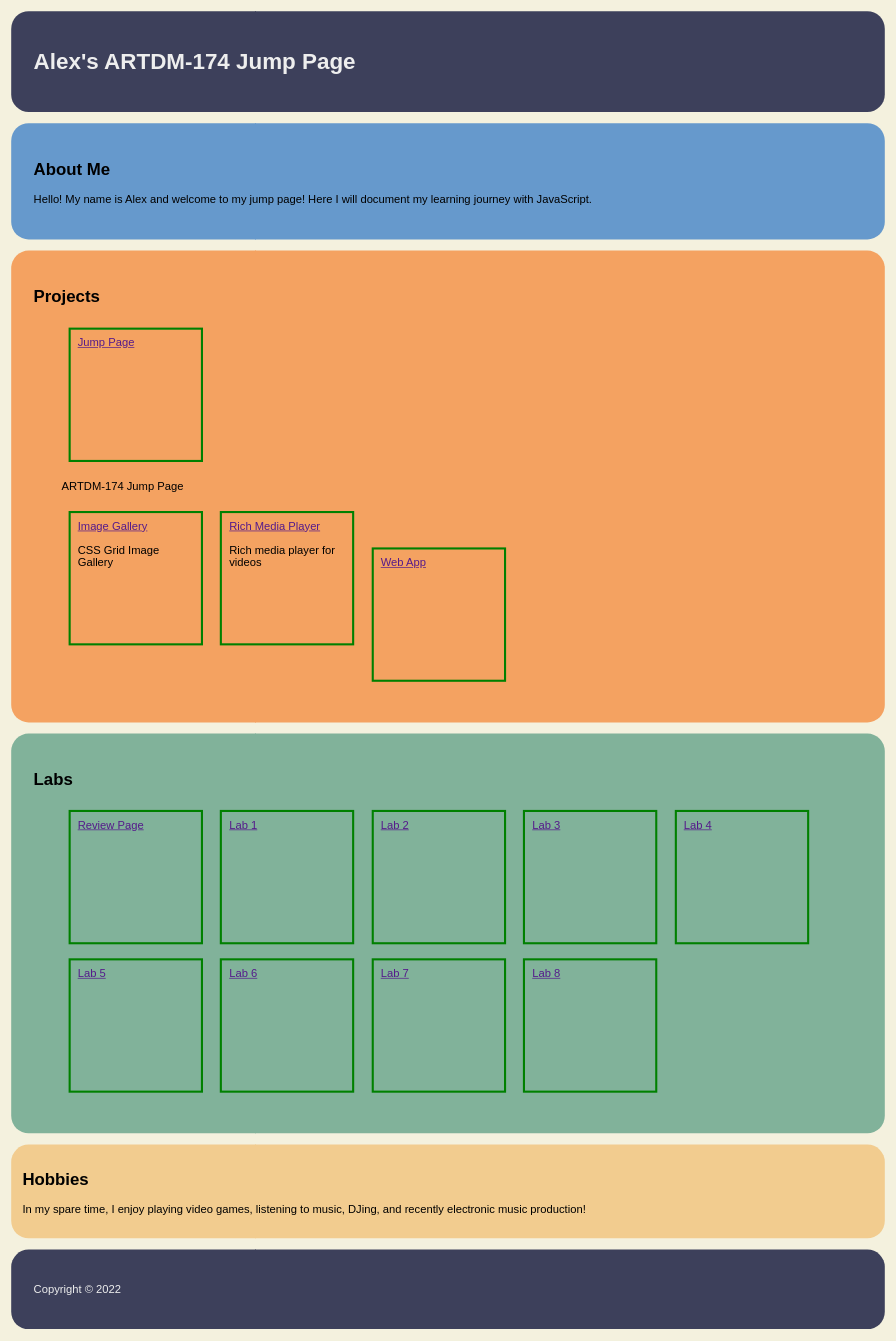
Repository: alexmaddux99/ARTDM-174
Page: Jump Page/index.html
An editor plug-in stored every save of this project. The page is shown before and after the next save, followed by the edit.
The browser window is 1280 px wide. The pictures show the whole page, at 70% of full size.
Some web fonts or font styles are not loaded; a fallback is used.

Above is the page before, as saved 2022-02-10 13:35:00.

### Jump Page/index.html
<!DOCTYPE html>
<html lang="en">
<head>
    <meta charset="UTF-8">
    <meta http-equiv="X-UA-Compatible" content="IE=edge">
    <meta name="viewport" content="width=device-width, initial-scale=1.0">
    <link rel="stylesheet" href="css/main.css">
    <link rel="preconnect" href="https://fonts.gstatic.com" crossorigin>
<link href="https://fonts.googleapis.com/css2?family=Roboto&display=swap" rel="stylesheet">
<link rel="preconnect" href="https://fonts.googleapis.com">
<link rel="preconnect" href="https://fonts.gstatic.com" crossorigin>
<link href="https://fonts.googleapis.com/css2?family=Zen+Old+Mincho:wght@900&display=swap" rel="stylesheet">
    <title>ARTDM-174 Jump Page</title>
</head>
<body>
    <header>
        <h1>Alex's ARTDM-174 Jump Page</h1>
    </header>

    <main>
        <section class="intro">
            <h2>About Me</h2>
            <p>Hello! My name is Alex and welcome to my jump page! Here I will document my learning journey with JavaScript.</p>
        </section>

        <section class="projects">
            <h2>Projects</h2>
            <ul>
                <li><a href="">Jump Page</a></li>
                <p>ARTDM-174 Jump Page</p>
                <li><a href="">Image Gallery</a>
                <p>CSS Grid Image Gallery</p></li>
                <li><a href="">Rich Media Player</a>
                <p>Rich media player for videos</p></li>
                <li><a href="">Web App</a></li>
            </ul>
        </section>

        <section class="labs">
            <h2>Labs</h2>
           <ul>
               <li><a href="">Review Page</a></li>
               <li><a href="">Lab 1</a></li>
               <li><a href="">Lab 2</a></li>
               <li><a href="">Lab 3</a></li>
               <li><a href="">Lab 4</a></li>
               <li><a href="">Lab 5</a></li>
               <li><a href="">Lab 6</a></li>
               <li><a href="">Lab 7</a></li>
               <li><a href="">Lab 8</a></li>
           </ul>
        </section>



    </main>
    <aside>
        <h2>Hobbies</h2>
        <p>In my spare time, I enjoy playing video games, listening to music, DJing, and recently electronic music production!</p>
    </aside>

    <footer>
        <p>
            Copyright &copy; 2022
        </p>
    </footer>

</body>
</html>

### Jump Page/css/main.css
@keyframes fadeInAnimation {
	0% {
		opacity: 0;
	}
	100% {
		opacity: 1;

	}

}

@keyframes test{
	0%{

	}

	100%
	{

	padding: .5rem 1rem;
	transition: all 1s ease;
	}
}

* {
    box-sizing: border-box;
  }

  body {
    animation: fadeInAnimation ease 1s;
    animation-iteration-count: 1;
    animation-fill-mode: forwards;
    margin:0;
    padding: 0;
    background-color: #f4f1de;
    font-family: 'Raleway', sans-serif;
  }

  header, footer {
    background: #3d405b;
    color: #eee;
    padding: 2rem;
    margin: 1rem;
    border-radius: 25px;
  }



  .intro {

      background:#6699CC;
    padding: 2rem;
    margin: 1rem;
    border-radius: 25px;
  }

  aside {
    background-color: #f2cc8f;
    padding: 1rem;
    margin: 1rem;
    border-radius: 25px;
  }

  .projects {
    background-color: #f4a261;
    padding: 2rem;
    margin: 1rem;
    border-radius: 25px;
  }

  .labs {
    background-color: #81b29a;
    padding: 2rem;
    margin: 1rem;
    border-radius: 25px;
  }

  .projects li, .labs li {
    border: 3px solid green;
    margin: 10px;
    padding: 10px;
    width: 12rem;
    height:12rem;
    display: inline-block;
  }

   ol {
    list-style: none;
     padding: 0;
  }

  li{
    transition:  .5s ease-in;
  }

  li:hover{
    transition:  .5s ease-out;
	background-color: red;
	padding: .5rem 1rem;
  }

After the next save:
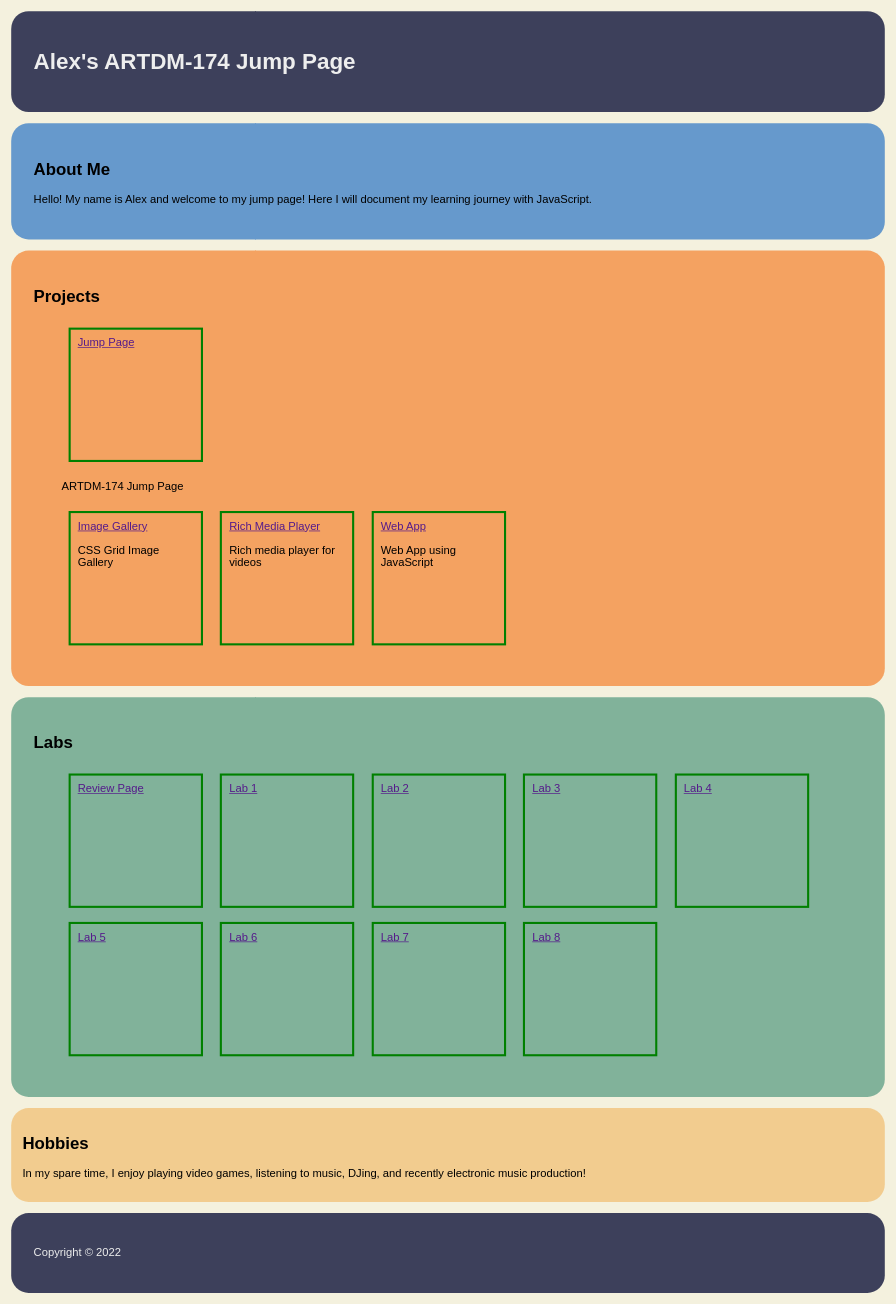
Saved 7 s later.
--- a/Jump Page/index.html
+++ b/Jump Page/index.html
@@ -32,7 +32,8 @@
                 <p>CSS Grid Image Gallery</p></li>
                 <li><a href="">Rich Media Player</a>
                 <p>Rich media player for videos</p></li>
-                <li><a href="">Web App</a></li>
+                <li><a href="">Web App</a>
+                <p>Web App using JavaScript</p></li>
             </ul>
         </section>
 
